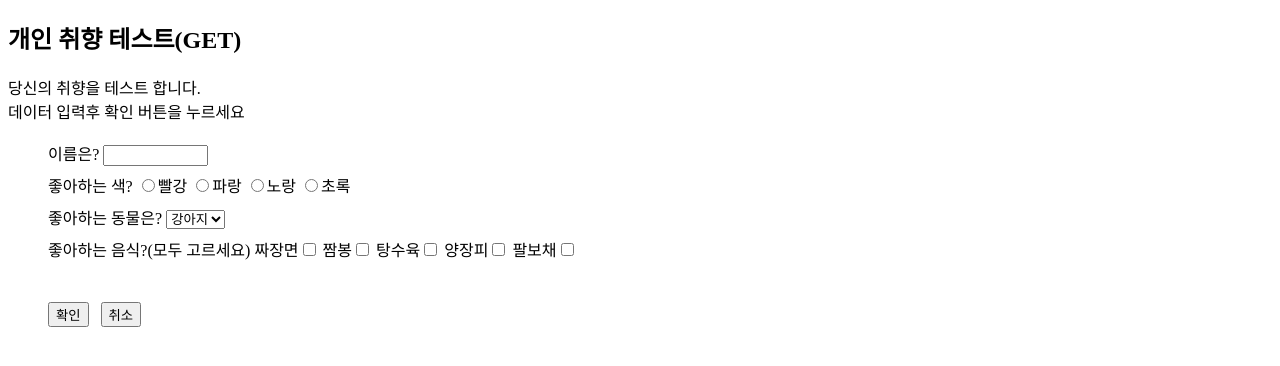
Repository: kianpas/KH_Server
Page: 01_helloweb/WebContent/servlet/testPerson1.html
An editor plug-in stored every save of this project. The page is shown before and after the next save, followed by the edit.
The browser window is 1280 px wide. The pictures show the whole page.

Above is the page before, as saved 2021-03-22 11:26:17.

### 01_helloweb/WebContent/servlet/testPerson1.html
<!DOCTYPE html>
<html>
<head>
<meta charset="UTF-8">
<title>개인 취향 테스트</title>
</head>
<body>
	<h2>개인 취향 테스트(GET)</h2>
	당신의 취향을 테스트 합니다.<br/>
	데이터 입력후 확인 버튼을 누르세요<br/>

	<form name="personFrm" action="/web/testPerson1.do" method="get">
	 <ul style="list-style: none; line-height: 200%;">
		<li>이름은?
			<input type="text" name="name" size="10" required/>
		</li>
		<li>좋아하는 색?
			<input type="radio" id="red" name="color" value="빨강" required/><label for="red">빨강</label>
			<input type="radio" id="blue" name="color" value="파랑" /><label for="blue">파랑</label>
			<input type="radio" id="yellow" name="color" value="노랑" /><label for="yellow">노랑</label>
			<input type="radio" id="green" name="color" value="초록" /><label for="green">초록</label>
		</li>
		<li>좋아하는 동물은?
			<select name="animal">
				<option value="강아지">강아지</option>
				<option value="고양이">고양이</option>
				<option value="병아리">병아리</option>
			</select>
		</li>
		<li>좋아하는 음식?(모두 고르세요)
			<label for="food1">짜장면</label><input type="checkbox" name="food" id="food1" value="짜장면" />
			<label for="food2">짬봉</label><input type="checkbox" name="food" id="food2" value="짬봉" />
			<label for="food3">탕수육</label><input type="checkbox" name="food" id="food3" value="탕수육" />
			<label for="food4">양장피</label><input type="checkbox" name="food" id="food4" value="양장피" />
			<label for="food5">팔보채</label><input type="checkbox" name="food" id="food5" value="팔보채" />
		</li>
		<li>
			<br/>
			<input type="submit" id="btnOK" value="확인"  />&nbsp;&nbsp;
			<input type="reset"  value="취소" />
		</li>

	 </ul>

	</form>
</body>
</html>

After the next save:
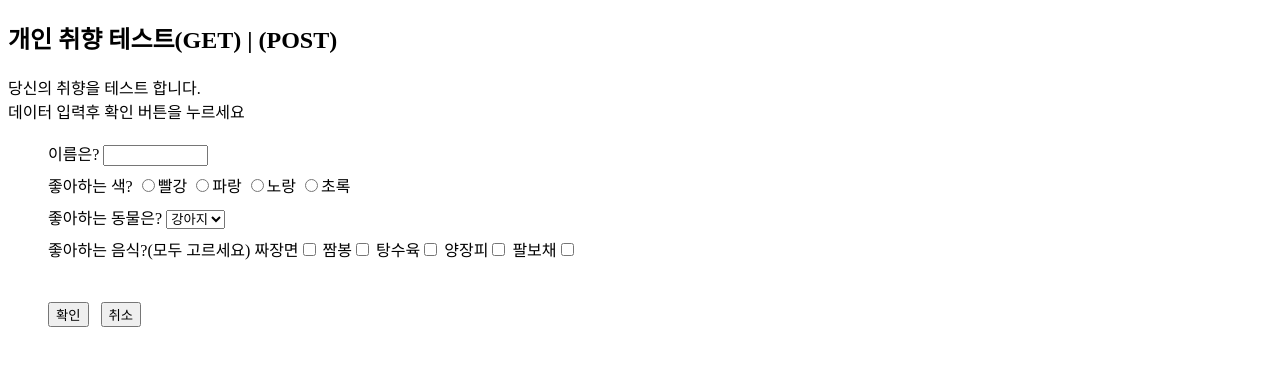
Saved 5 min 56 s later.
--- a/01_helloweb/WebContent/servlet/testPerson1.html
+++ b/01_helloweb/WebContent/servlet/testPerson1.html
@@ -5,7 +5,7 @@
 <title>개인 취향 테스트</title>
 </head>
 <body>
-	<h2>개인 취향 테스트(GET)</h2>
+	<h2>개인 취향 테스트(GET) | (POST)</h2>
 	당신의 취향을 테스트 합니다.<br/>
 	데이터 입력후 확인 버튼을 누르세요<br/>
 
